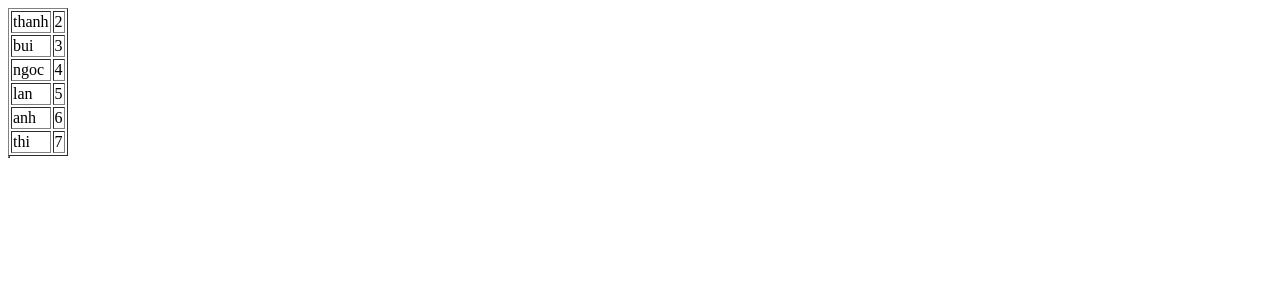
Repository: thanhbui99/java-eclipse
Page: http://localhost/exampleJsp/indexProcess.jsp
These files come from the project's save history. The page is drawn as it stood at one moment and after the next save; the edit follows.
The browser window is 1280 px wide. The pictures show the whole page.
The page is served by Tomcat 9.

Above is the page before, as saved 2020-10-30 12:10:23.

After the next save:
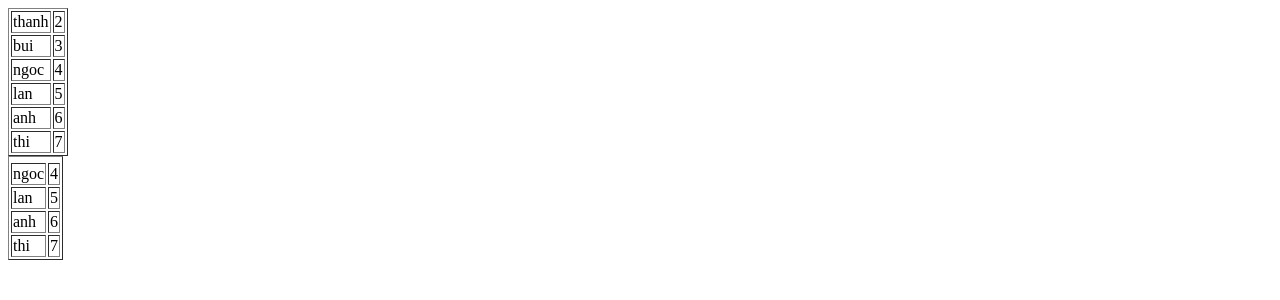
Saved 16 s later.
--- a/workspace/exampleJsp/WebContent/Display.jsp
+++ b/workspace/exampleJsp/WebContent/Display.jsp
@@ -21,7 +21,7 @@
 		<c:forEach items="${indo}" var="list">
 
 			<tr>
-				<c:if test="${list.stt}>3">
+				<c:if test="${list.stt >3}">
 					<td>${list.name}</td>
 					<td>${list.stt}</td>
 				</c:if>
